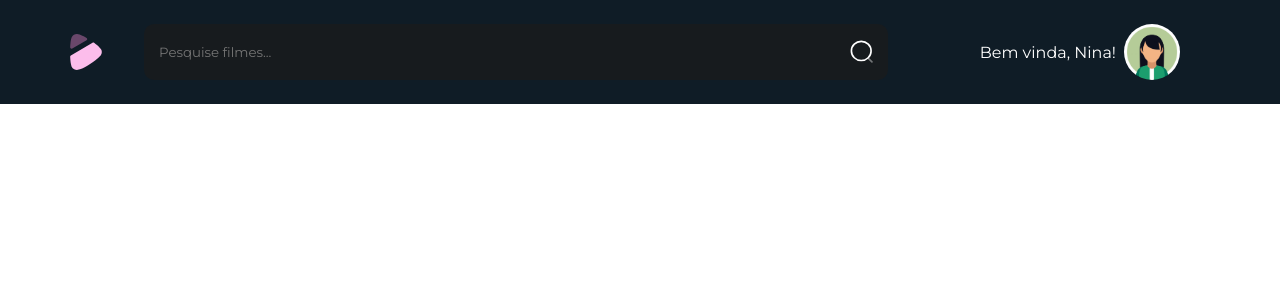
Repository: MilenaMelo/Cubos-Flix
Page: / (app in cubos-flix/)
The author's editor kept a copy of each file at every save. The page is drawn from the files as they stood at one save, then again after the next save.
The browser window is 1280 px wide. The pictures show the whole page.
The project was rebuilt for these pictures with package versions that can differ from the ones it lists, and the page was loaded fresh each time.

Above is the page before, as saved 2021-06-19 13:45:45.

### cubos-flix/public/index.html
<!DOCTYPE html>
<html lang="en">
  <head>
    <meta charset="utf-8" />
    <link rel="icon" href="%PUBLIC_URL%/favicon.ico" />
    <meta name="viewport" content="width=device-width, initial-scale=1" />
    <meta name="theme-color" content="#000000" />
    <meta
      name="description"
      content="Web site created using create-react-app"
    />
    <link rel="apple-touch-icon" href="%PUBLIC_URL%/logo192.png" />
    <link rel="manifest" href="%PUBLIC_URL%/manifest.json" />
    <title>Cubos Flix</title>
  </head>
  <body>
    <noscript>You need to enable JavaScript to run this app.</noscript>
    <div id="root"></div>

  </body>
</html>

### cubos-flix/src/App.js
import './App.css';
import Navbar from './components/Navbar';

function App() {
  return (
    <div className="app">
      <header>
        <Navbar/>
      </header>
    </div>
  );
}

export default App;

### cubos-flix/src/App.css
@import url('https://fonts.googleapis.com/css2?family=Montserrat:wght@400;600;800&display=swap');


* {
    margin: 0px;
    font-family: 'Montserrat', sans-serif;
    color: #FFFFFF;
}

.app {
    background-color: #1d2226;
}

### cubos-flix/src/components/Navbar/index.js
import './style.css'
import logo from '../../assets/images/logo.svg'
import search_icon from '../../assets/images/search-icon.svg'
import profile_img from '../../assets/images/profile.jpg'


function Navbar() {
    return (
        <header className='navbar'>
            <img className='logo' src={logo} alt="logo"/>
            <div className='search-container'>
                <input className='search-input' type="text" name="Pesquisa" placeholder="Pesquise filmes..."/>
                <img className='search-img' src={search_icon} alt="Input de pesquisa"/>
            </div>
            <div className='profile-container'>
                <span>Bem vinda, Nina!</span>
                <img className='profile-img' src={profile_img} alt="Foto de perfil"/>
            </div>
        </header>
    );
}

export default Navbar;

### cubos-flix/src/components/Navbar/style.css
.navbar {
    display: flex;
    padding: 24px 100px 24px 70px;
    background: #0F1C26;
}

.logo {
    margin-right: 42px;
}

.search-container {
    display: flex;
    flex-grow: 1;
    position: relative;
    margin-right: 92px;
}

.search-input {
    width: 100%;
    outline: 0;
    padding: 16px 14px;
    border-radius: 10px;
    border: 1px solid transparent;
    background: #171B1E;
}

.search-input:hover {
    border: 1px solid #8C8C8C;
}

.search-input:focus {
    border: 1px solid #FDFDFD;
}

.search-img {
    height: 24px;
    cursor: pointer;
    align-self: center;
    position: absolute;
    z-index: 1;
    right: 15px;
}

.profile-container {
    display: flex;
    align-items: center;
    grid-gap: 8px;
    gap: 8px;
}

.profile-img {
    height: 56px;
    border-radius: 50%;

}

Loaded but not shown: cubos-flix/src/index.js (common file)

After the next save:
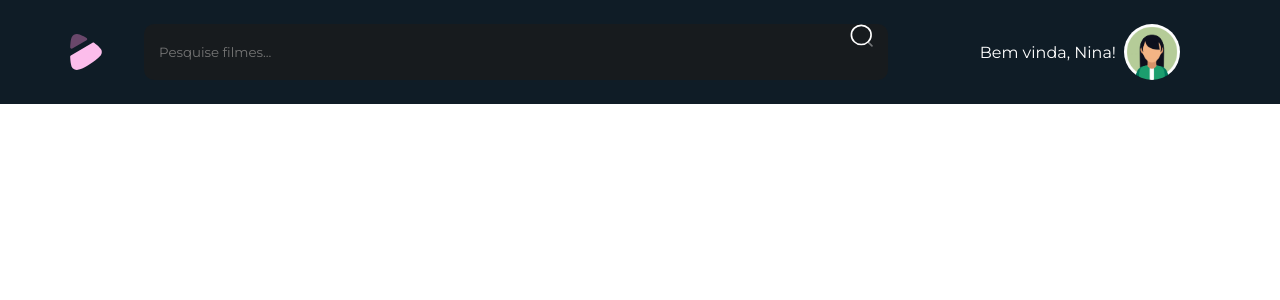
Saved 19 s later.
--- a/cubos-flix/src/components/Navbar/style.css
+++ b/cubos-flix/src/components/Navbar/style.css
@@ -35,7 +35,6 @@
 .search-img {
     height: 24px;
     cursor: pointer;
-    align-self: center;
     position: absolute;
     z-index: 1;
     right: 15px;

After the save that followed:
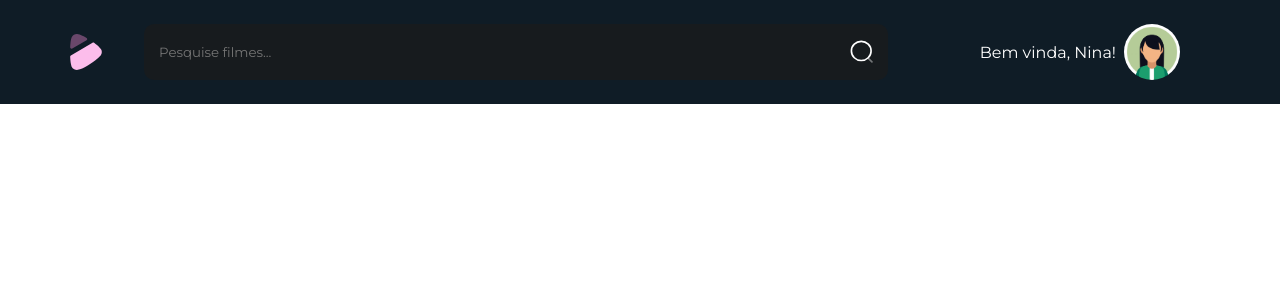
Saved 16 s later.
--- a/cubos-flix/src/components/Navbar/style.css
+++ b/cubos-flix/src/components/Navbar/style.css
@@ -35,6 +35,7 @@
 .search-img {
     height: 24px;
     cursor: pointer;
+    align-self: center;
     position: absolute;
     z-index: 1;
     right: 15px;
